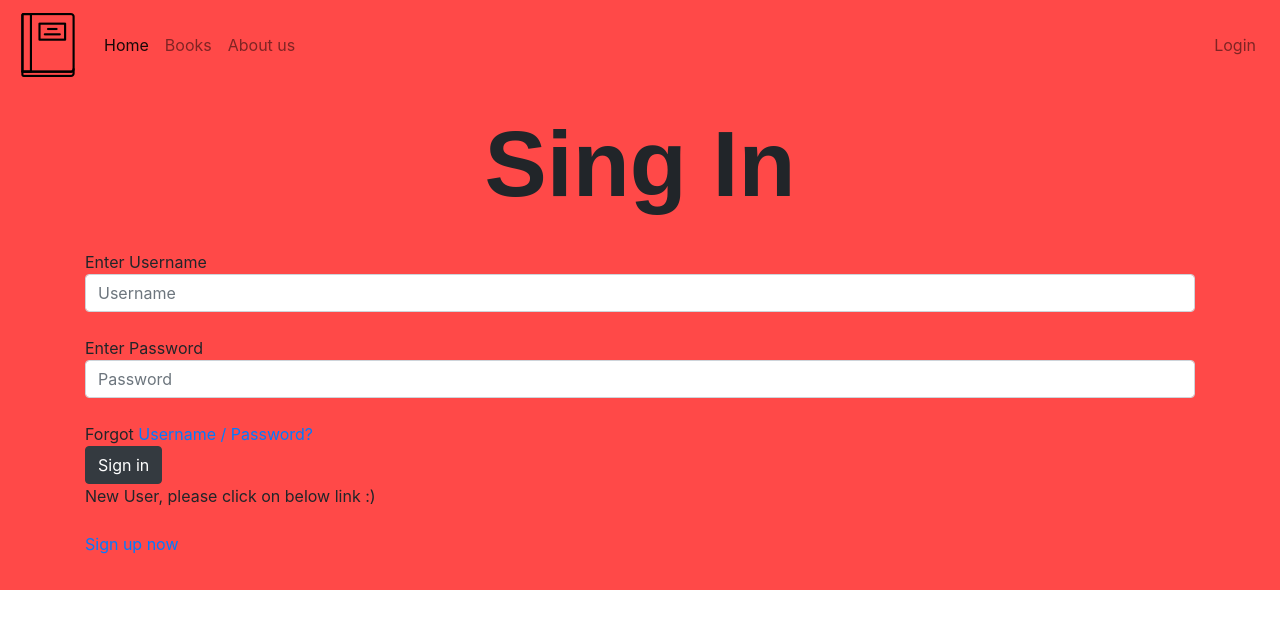
Repository: abhishekgandhi2398/BookStore
Page: http://localhost/BookStore/ulogin.jsp
The author's editor kept a copy of each file at every save. The page is drawn from the files as they stood at one save, then again after the next save.
The browser window is 1280 px wide. The pictures show the whole page.
The page is served by Tomcat 9. Other server files are loaded and not shown.

Above is the page before, as saved 2019-12-07 14:22:06.
Console error: TypeError: Cannot read properties of undefined (reading 'fn')

### ProjectJava/BookStore/WebContent/ulogin.jsp
<%@ page language="java" contentType="text/html; charset=ISO-8859-1"
    pageEncoding="ISO-8859-1"%>
<!DOCTYPE html>
<html>
<head>
<meta charset="ISO-8859-1">

<link rel="stylesheet" href="https://maxcdn.bootstrapcdn.com/bootstrap/4.0.0/css/bootstrap.min.css">
<script src="https://maxcdn.bootstrapcdn.com/bootstrap/4.0.0/js/bootstrap.min.js"></script>


<title>Insert title here</title>
</head>
<body>


<nav class="navbar navbar-expand-lg navbar-light" style="background-color: #FF4948">
  <img src="img/logo.png" class="navbar-brand">
  <button class="navbar-toggler" type="button" data-toggle="collapse" data-target="#navbarTogglerDemo02" aria-controls="navbarTogglerDemo02" aria-expanded="false" aria-label="Toggle navigation">
    <span class="navbar-toggler-icon"></span>
  </button>

  <div class="collapse navbar-collapse" id="navbarTogglerDemo02">
    <ul class="navbar-nav mr-auto mt-2 mt-lg-0">
      <li class="nav-item active">
        <a class="nav-link" href="1.jsp">Home <span class="sr-only">(current)</span></a>
      </li>
      <li class="nav-item">
        <a class="nav-link" href="User_Products.jsp">Books</a>
      </li>
      <li class="nav-item">
        <a class="nav-link" href="#">About us</a>
      </li>
    </ul>

    <form class="form-inline my-2 my-lg-0">
        <ul class="navbar-nav mr-auto mt-2 mt-lg-0">

     <%
String q=(String)session.getAttribute("mobno");

if(q==null)
{
     %>
       <li class="nav-item">
        <a class="nav-link" href="ulogin.jsp">Login</a>
      </li>
<%}
else
{ %>
      <li class="nav-item">
        <a class="nav-link" href="vc.jsp">View Cart</a>
      </li>
      <li class="nav-item">
        <a class="nav-link" href="vieworderuser.jsp">View Orders</a>
      </li>
        <li class="nav-item">
        <a class="nav-link" href="ulogout.jsp">Logout</a>
      </li>

  <%      }


%>
      </ul>


    </form>
  </div>
</nav>



				<form class="login100-form validate-form p-l-55 p-r-55 p-t-178" method="get" action="login.jsp">


<div style="background-color: #FF4948; height: 150px; width: 100%;" class="d-flex justify-content-center  align-items-center">





					<b style="font-family: sans-serif; font-size: 70pt;">Sing In</b>

</div>

<div style="background-color: #FF4948; height: 350px; width: 100%;" class="d-flex justify-content-center  align-items-center">

					<br>
					<br>
					<div class="container">
						<span class="focus-input100">Enter Username</span>
						<input class="form-control" type="number" name="mobile" placeholder="Username">


						<br>

								<span class="focus-input100">Enter Password</span>

						<input class="form-control" type="password" name="password" placeholder="Password">
						<br>

									<span class="txt1">
							Forgot
						</span>

						<a href="#">
							Username / Password?
						</a>

					<br>

										<button class="btn btn-dark">
							Sign in
						</button>


					<br>

						<span class="txt1 p-b-">
							New User, please click on below link :)
						</span>
					<br>
					<br>

						<a href="new_user.jsp" class="txt3">
							Sign up now
						</a>
					<br>
					<br>

					</div>

	</div>

</form>

</body>
</html>

After the next save:
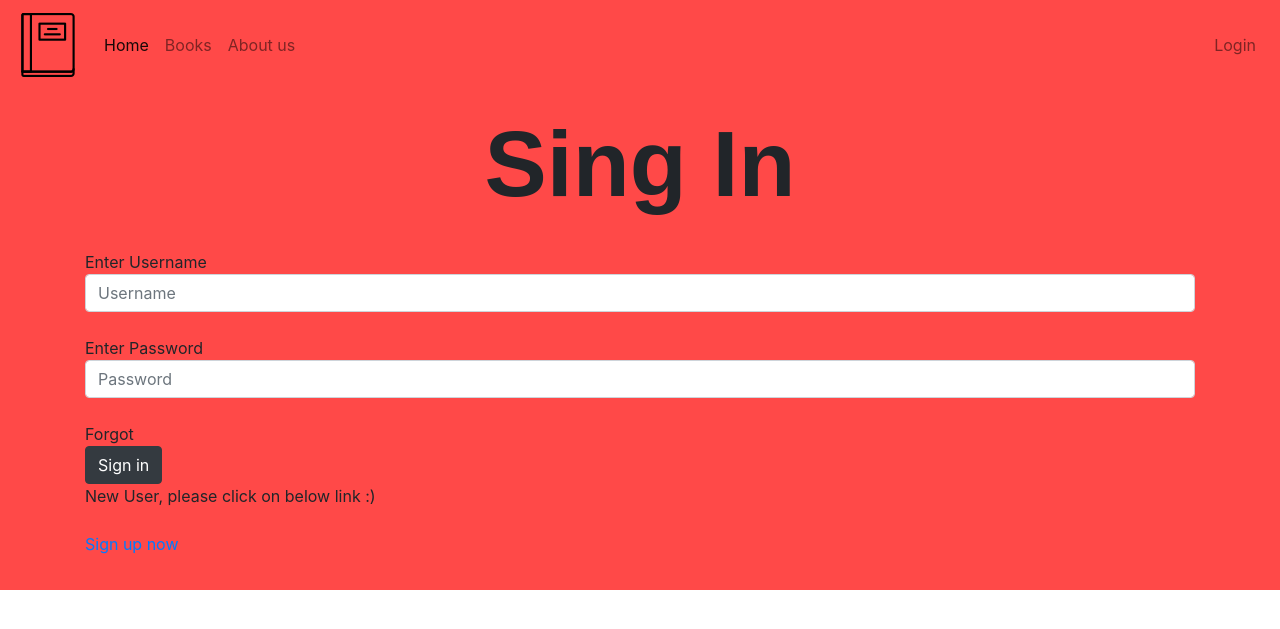
Saved 6 min 3 s later.
--- a/ProjectJava/BookStore/WebContent/ulogin.jsp
+++ b/ProjectJava/BookStore/WebContent/ulogin.jsp
@@ -104,9 +104,6 @@ else
 							Forgot
 						</span>
 
-						<a href="#">
-							Username / Password?
-						</a>
 
 					<br>
 
